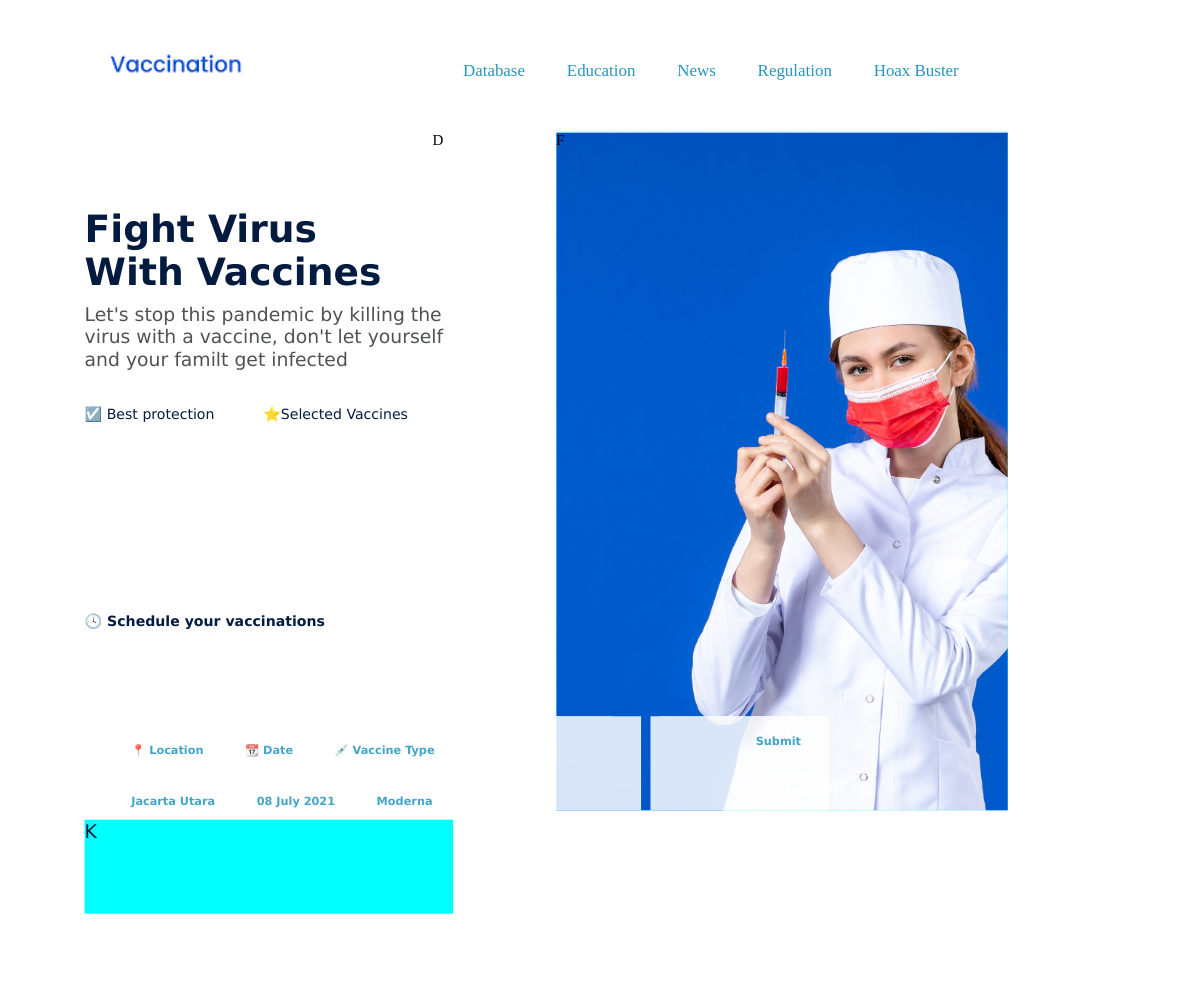
Repository: roge64/cssfrontend
Page: index.html
The author's editor kept a copy of each file at every save. The page is drawn from the files as they stood at one save, then again after a run of saves.
The browser window is 1280 px wide. The pictures show the part of the page from y = 0 to 1062 px (the page is 2378 px tall), at 94% of full size.
A picture or video elsewhere on the page could not be fetched, so the positions and the page height are approximate.

Above is the page before, as saved 2022-03-10 20:16:26.

### index.html
<!DOCTYPE html>
<html lang="en">

<head>
    <meta charset="UTF-8">
    <meta http-equiv="X-UA-Compatible" content="IE=edge">
    <meta name="viewport" content="width=device-width, initial-scale=1.0">
    <title>3 Cakes</title>
    <link rel="stylesheet" href="estilos/estilos.css">


</head>

<body>

    <section id="container">

        <header>
            <!--             <p style="color:#b49760"> Only 3 cakes for 3 months, and then we change all! </p> -->

        </header>

    <section id="banner">

        <article id="banner1">

        </article>

        <article id="banner2">
            <ul class="menu">
                <li><a href="#home"></a>Database</li>
                <li><a href="#cakes"></a>Education</li>
                <li><a href="#decor"></a>News</li>
                <li><a href="#order"></a>Regulation</li>
                <li><a href="#admin"></a>Hoax Buster</li>
                <!-- <li><a href="#void"></a>   </li> -->
            </ul>
        </article>

    </section>


<!--     <section id="tienda">
        <article id="cake1"> </article>
        <article id="cake2"> </article>
        <div class="wrapper">
            <div class="box e">E</div>
            <div class="box f">F</div>
            <div class="box g">G</div>
            <div class="box h">H</div>
        </div>
    </section> -->

    <div class="wrapper">
        <div class="box d">D</div>
        <div class="box e" style="color:#041b40">Fight Virus With Vaccines</div>
        <div class="box f">F</div>
        <div class="box g" style="color:#515254"> Let's stop this pandemic by killing the virus with a vaccine, don't let yourself and your familt get infected</div>
        <div class="box h" style="color:#041b40">☑️ Best protection</div>
        <div class="box i" style="color:#041b40"> ⭐Selected Vaccines</div>
        <div class="box j" style="color:#041b40"> 🕓 Schedule your vaccinations</div>
        <div class="box k" style="color:#041b40"> K</div>



        <article id="banner3">
            <ul class="menu">
                <li><a href="#home"></a>📍 Location</li>
                <li><a href="#cakes"></a>📆 Date</li>
                <li><a href="#decor"></a>💉 Vaccine Type</li>
                <li><a href="#decor"></a></li>
                <li><a href="#home"></a>Jacarta Utara</li>
                <li><a href="#cakes"></a>08 July 2021</li>
                <li><a href="#decor"></a>Moderna</li>
            </ul>
        </article>
        <article id="banner4">
            <ul class="menu">
                <li><a href="#home"></a>Submit</li>
            </ul>
        </article>
    </div>
<!--
    <section id="names">
        <article id="name1">
            <p style="color:#b49760"> Blueberry Moka</p>
            <p style="color: bisque"> $35.00</p>
        </article>
        <article id="name2">
            <p style="color:#b49760"> Coconut Paradise</p>
            <p style="color: bisque"> $32.75</p>
        </article>
        <article id="name3">
            <p style="color:#b49760"> Maple Pecan</p>
            <p style="color: bisque"> $35.00</p>
        </article>
    </section> -->

    <section id="separador">


    </section>

    <section id="social">
        <article id="social1">
            <a href="#"><img src="img/instagram.png" alt="instagram"></a>
            <a href="#"><img src="img/facebook.png" alt="facebook"></a>
            <a href="#"><img src="img/youtube.png" alt="youtube"></a>
            <a href="#"><img src="img/twitter.png" alt="twitter"></a>
        </article>

        <article id="social2">
            <div id="lte_icons-2" class="widget widget_lte_icons">
                <h3 class="lte-header-widget " style="color:bisque"><span class="widget-icon"></span>Contact us
                </h3>
                <ul class="lte-social-icons-list">
                    <li>
                        <a href="#"><span class="lte-ic icon icon-phone-call"></span><span class="lte-header"
                                style="color:bisque">Phone:</span><span class="lte-txt" style="color:#b49760">+52
                                01-2345-6789<br> </span>
                        </a>
                    </li>
                    <li>
                        <a href="#"><span class="lte-ic icon icon-location"></span><span class="lte-header"
                                style="color:bisque">Our location:</span><span class="lte-txt" style="color:#b49760">975
                                FrontEnd Ave, NA 105048, Unknown</span>
                        </a>
                    </li>
                    <li>
                        <a href="#"><span class="lte-ic icon icon-mail"></span><span class="lte-header"
                                style="color:bisque">Email:</span><span class="lte-txt"
                                style="color:#b49760">3cakes@3cakes.com</span>
                        </a>
                    </li>
                    <li>
                        <a href="#">
                            <span class="lte-ic icon icon-mail"></span>
                            <span class="lte-header" style="color:bisque">Hours:</span>
                            <span class="lte-txt" style="color:#b49760">Monday - Friday: 10:00 - 20:00</span>
                            <br>
                            <span class="lte-txt" style="color:#b49760">Saturday -Sunday: 10:00 - 14:00</span>
                        </a>
                    </li>
                </ul>
            </div>

        </article>
    </section>


    <footer>
        <p style="color:#b49760"> Copyright &copy; 2021-<script>
                document.write(new Date().getFullYear())
            </script> Rogelio Valdés All Rights Reserved</p>
        <article id="footer1"></article>
    </footer>

    </section>

</body>

</html>

### estilos/estilos.css
*{
    border: 0 ;
    margin: 0 ;
    padding: 0;
/*     text-decoration: none; */
}

body{
/*     font-family: Geneva; */
    background-color: rgb(0, 0, 0);
    width:1100px;
    margin-left:auto;
    margin-right:auto;

    background-color:white;
/* background-image:
radial-gradient(circle at 100% 150%, black 24%, #101010 24%, #101010 28%, black 28%, black 36%, #101010 36%, #101010 40%, transparent 40%, transparent),
radial-gradient(circle at 0    150%, black 24%, #101010 24%, #101010 28%, black 28%, black 35%, #101010 36%, #101010 40%, transparent 40%, transparent),
radial-gradient(circle at 50%  100%, #101010 10%, black 10%, black 23%, #101010 23%, #101010 30%, black 30%, black 43%, #101010 43%, #101010 50%, black 50%, black 63%, #101010 63%, #101010 71%, transparent 71%, transparent),
radial-gradient(circle at 100% 50%, #101010 5%, black 5%, black 15%, #101010 15%, #101010 20%, black 20%, black 29%, #101010 29%, #101010 34%, black 34%, black 44%, #101010 44%, #101010 49%, transparent 49%, transparent),
radial-gradient(circle at 0    50%, #101010 5%, black 5%, black 15%, #101010 15%, #101010 20%, black 20%, black 29%, #101010 29%, #101010 34%, black 34%, black 44%, #101010 44%, #101010 48%, transparent 49%, transparent);
background-size: 50px 31px;
 */
}

.menu{
    list-style: none;
    padding: 0;
    background: white;
    width: 90%;
    height: 75px;
    max-width: 900px;
    margin: auto;
}

.menu li{
    text-decoration: none;
    color: #2596be;
    padding: 20px;
    display: block;
}

.menu li{
    display: inline-block;
    text-align: right;
}

.menu li:hover{
    background: #2747c5;
}


#container, header, #banner, #noticias, #marcas, footer, #social1{
    /* background-color:rgb(255, 255, 255); */
    background-color:white;
/* background-image:
radial-gradient(circle at 100% 150%, black 24%, #101010 24%, #101010 28%, black 28%, black 36%, #101010 36%, #101010 40%, transparent 40%, transparent),
radial-gradient(circle at 0    150%, black 24%, #101010 24%, #101010 28%, black 28%, black 35%, #101010 36%, #101010 40%, transparent 40%, transparent),
radial-gradient(circle at 50%  100%, #101010 10%, black 10%, black 23%, #101010 23%, #101010 30%, black 30%, black 43%, #101010 43%, #101010 50%, black 50%, black 63%, #101010 63%, #101010 71%, transparent 71%, transparent),
radial-gradient(circle at 100% 50%, #101010 5%, black 5%, black 15%, #101010 15%, #101010 20%, black 20%, black 29%, #101010 29%, #101010 34%, black 34%, black 44%, #101010 44%, #101010 49%, transparent 49%, transparent),
radial-gradient(circle at 0    50%, #101010 5%, black 5%, black 15%, #101010 15%, #101010 20%, black 20%, black 29%, #101010 29%, #101010 34%, black 34%, black 44%, #101010 44%, #101010 48%, transparent 49%, transparent);
background-size: 50px 31px;
 */
    height: 1500px;
    width: 1100px;

}

header{
/*     background-color:antiquewhite;
 */
    height: 40px;
    text-align: center;
    font-size: x-large;

}

#banner{
    background-color:white;
/*     background-color:rgb(25, 25, 25); */
    width: 1100px;
    height: 100px;


}


#noticias{
/*     background-color: antiquewhite;
 */
    height: 200px;
}

#tienda #names{
/*     background-color: grey; */
/* background-color:black;
background-image:
radial-gradient(circle at 100% 150%, black 24%, #101010 24%, #101010 28%, black 28%, black 36%, #101010 36%, #101010 40%, transparent 40%, transparent),
radial-gradient(circle at 0    150%, black 24%, #101010 24%, #101010 28%, black 28%, black 35%, #101010 36%, #101010 40%, transparent 40%, transparent),
radial-gradient(circle at 50%  100%, #101010 10%, black 10%, black 23%, #101010 23%, #101010 30%, black 30%, black 43%, #101010 43%, #101010 50%, black 50%, black 63%, #101010 63%, #101010 71%, transparent 71%, transparent),
radial-gradient(circle at 100% 50%, #101010 5%, black 5%, black 15%, #101010 15%, #101010 20%, black 20%, black 29%, #101010 29%, #101010 34%, black 34%, black 44%, #101010 44%, #101010 49%, transparent 49%, transparent),
radial-gradient(circle at 0    50%, #101010 5%, black 5%, black 15%, #101010 15%, #101010 20%, black 20%, black 29%, #101010 29%, #101010 34%, black 34%, black 44%, #101010 44%, #101010 48%, transparent 49%, transparent);
background-size: 50px 31px; */

    height: 300px;
    width: 1000px;
    padding-left: 10px;
    padding-right: 10px;
    padding-top: 5px;
    text-align: center;
}

#marcas{
/*     background-color:rgb(58, 41, 18); */
    height: 205px;
}


footer{
    width: 800px;
/*     background-color:rgb(0, 0, 0); */
    text-align: center;
    height: 25px;
    padding-top: 7px;

}


#banner #banner1{
/*     background-color: rgb(180, 134, 73); */
    width: 170px;
    height: 50px;
    float: left;
    text-align: center;
/*     display: inline-block; */
    margin: 5px 5px;
    background-image: url("../img/logo1.png");
    background-repeat: no-repeat;
    background-size: cover;
}

#banner #banner2{
/*     background-color: rgb(180, 134, 73); */
    width: 750px;
    height: 100px;
    float: right;
/*     display: inline-block; */
    /* vertical-align: center;  */
    margin: 5px 5px;
    font-size: 18px;
}

#noticias #news1{
/*     background-color: rgb(41, 38, 34); */
    font-size: 50px;

    text-align: center;
    width: 790px;
    height: 200px;
    display: inline-block;
    vertical-align: center;
    margin: 5px 5px;

}


#tienda #cake1{
    background: rgb(109, 175, 33);
    width: 480px;
    height: 485px;
    display: inline-block;
    vertical-align: top;
    margin: 5px 8px;

}

#tienda #cake2{
    background: cornflowerblue;
    width: 450px;
    height: 585px;
    display: inline-block;
    vertical-align: top;
    margin: 5px 70px;
    background-image: url("../img/picx1.png");
    background-repeat: no-repeat;
    background-size: cover;
}

/* #tienda #cake3{
    background: rgb(175, 169, 112);
    width: 240px;
    height: 285px;
    display: inline-block;
    vertical-align: top;
    margin: 5px 5px;
} */

#names #name1{
    font-size: 25px;
    text-align: center;
    width: 240px;
    height: 60px;
    display: inline-block;
    vertical-align: top;
    margin: 5px 8px;
}

#names #name2{
    font-size: 25px;
    text-align: center;
    width: 240px;
    height: 60px;
    display: inline-block;
    vertical-align: top;
    margin: 5px 8px;
}

#names #name3{
    font-size: 25px;
    text-align: center;
    width: 240px;
    height: 60px;
    display: inline-block;
    vertical-align: top;
    margin: 5px 8px;
}

#social #social1{
    text-decoration: none;
/*     background: rgb(109, 175, 33); */
    width: 375px;
    height: 150px;
    display: inline-block;
    vertical-align: center;
    margin: 10px 12px;
}

#social #social2{
    text-decoration: none;
/*     background: rgb(109, 175, 33); */
    width: 375px;
    height: 150px;
    display: inline-block;
    vertical-align: center;
    margin: 10px 10px;
}

#social #social1 {
    color: rgb(175, 169, 112);


}

#separador {
        width: 800px;
        text-align: center;
        height: 100px;

}

.wrapper {
    display: grid;
    grid-template-columns: repeat(1, 1fr);
    gap: 10px;
    grid-auto-rows: minmax(100px, auto);
  }


  .e {
    grid-column: 1 / 38;
    grid-row: 1 / 2;
    margin-top: 80px;
    background-color:white;
    font-family:Verdana, Geneva, Tahoma, sans-serif;
    font-size: 40px;
    font-weight: 600;
    font-stretch: expanded;
  }
  .f {
    grid-column: 50 / 99;
    grid-row: 1 / 7;
    background-color:aqua;
    background-image: url("../img/picx1.png");
    background-repeat: no-repeat;
    background-size: cover;

  }
  .g {
    grid-column: 1 / 40;
    grid-row: 2 / 3;
    margin-top: 20;
    background-color:white;
    font-family:Verdana, Geneva, Tahoma, sans-serif;
    font-size: 20px;
    font-weight: 500;
    font-stretch: expanded;
  }
  .h {
    grid-column: 1 / 20;
    grid-row: 3 / 3;
    background-color:white;
    font-family:Verdana, Geneva, Tahoma, sans-serif;
    font-size: 15px;
    font-weight: 200;
    font-stretch: expanded;
  }
  .i {
    grid-column: 20 / 40;
    grid-row: 3 / 3;
    background-color:white;
    font-family:Verdana, Geneva, Tahoma, sans-serif;
    font-size: 15px;
    font-weight: 200;
    font-stretch: expanded;
  }
  .j {
    grid-column: 1 / 40;
    grid-row: 5 / 5;
    background-color:white;
    font-family:Verdana, Geneva, Tahoma, sans-serif;
    font-size: 15px;
    font-weight: 600;
    font-stretch: expanded;
  }
  .k {
    grid-column: 1 / 40;
    grid-row: 7 / 8;
    background-color:cyan;
    font-family:Verdana, Geneva, Tahoma, sans-serif;
    font-size: 20px;
    font-weight: 500;
    font-stretch: expanded;
  }

  #banner3 {
    grid-column: 1 / 60;
    grid-row: 6 / 6;
    background-color:white;
    font-family:Verdana, Geneva, Tahoma, sans-serif;
    font-size: 12px;
    font-weight: 600;
    font-stretch: expanded;
    opacity: .85;
  }

  #banner4 {
    grid-column: 60 / 80;
    grid-row: 6 / 6;
    background-color:white;
    font-family:Verdana, Geneva, Tahoma, sans-serif;
    font-size: 12px;
    font-weight: 600;
    font-stretch: expanded;
    text-align: right;
    opacity: .85;
  }

  .#banner4 :hover{
    background: #2747c5;
}

After the next 2 saves:
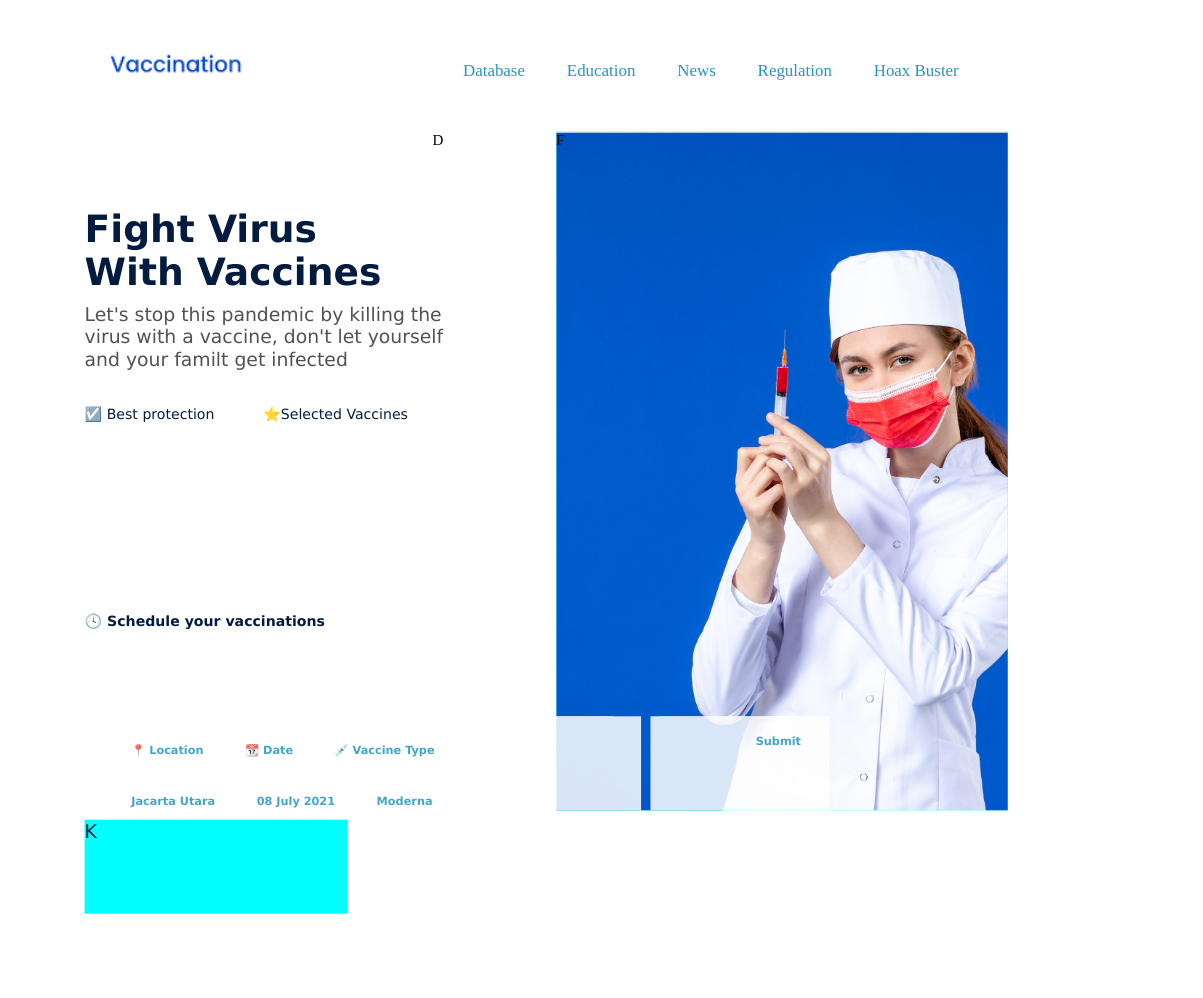
The 2 saves are shown as one change because they came seconds apart.
The last was saved 27 s later.
--- a/estilos/estilos.css
+++ b/estilos/estilos.css
@@ -323,7 +323,7 @@
     font-stretch: expanded;
   }
   .k {
-    grid-column: 1 / 40;
+    grid-column: 1 / 30;
     grid-row: 7 / 8;
     background-color:cyan;
     font-family:Verdana, Geneva, Tahoma, sans-serif;
